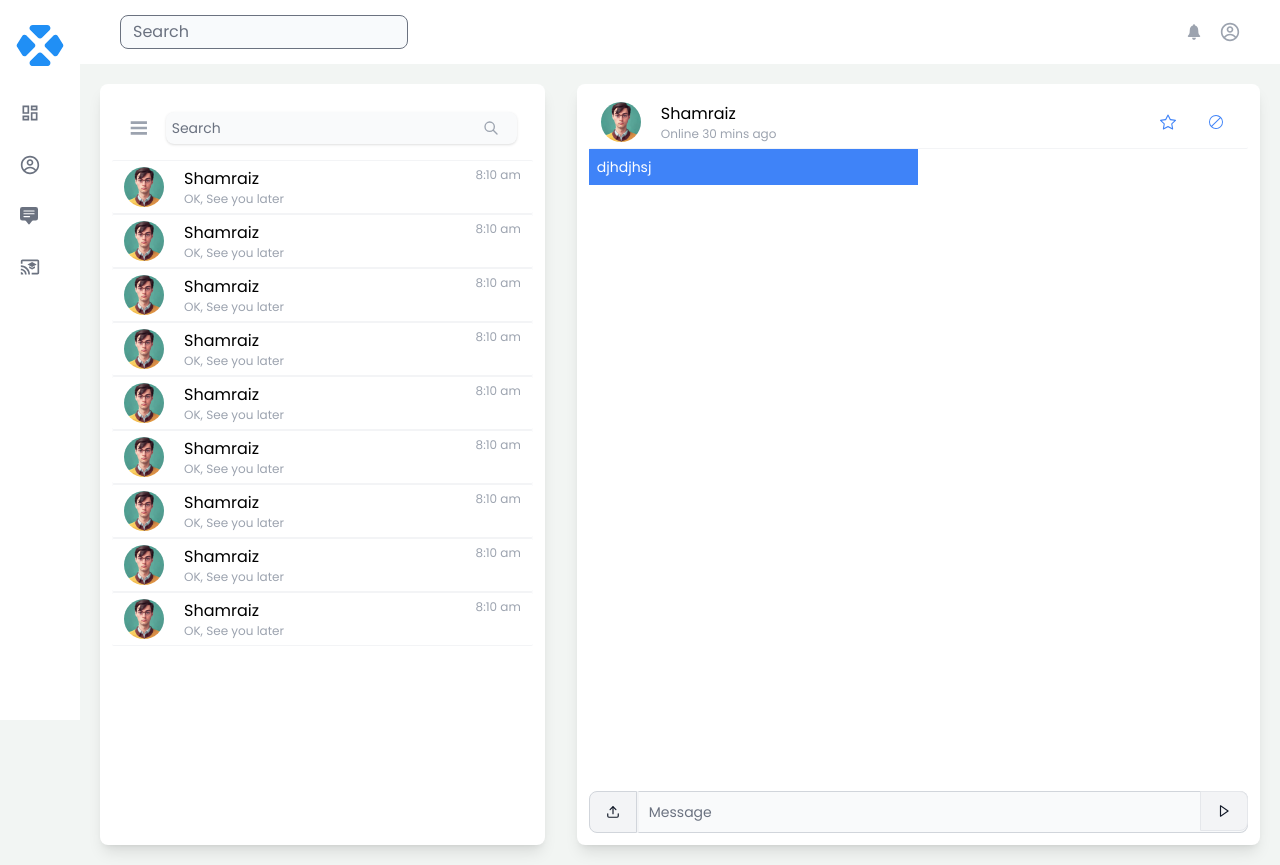
Repository: Shamraiz761/Frontend-Assessment
Page: /chat
These files come from the project's save history. The page is drawn as it stood at one moment and after the next save; the edit follows.
The browser window is 1280 px wide. The pictures show the whole page.
The project was rebuilt for these pictures with package versions that can differ from the ones it lists, and the page was loaded fresh each time. Also part of the build but not shown: vite.config.js, src/routes/root.jsx, src/pages/orders/index.jsx, src/pages/submission/index.jsx, src/pages/admin/index.css, src/components/admin/card.jsx, src/components/admin/addCard.jsx, src/pages/admin/index.jsx and 3 more. Imported but missing from the stored project, and not drawn on this page: src/pages/auth/login, src/pages/tasks, src/routes/profileLayout.

Above is the page before, as saved 2023-06-16 11:50:10.

### src/main.jsx
import ReactDOM from 'react-dom/client'

import React from 'react'

import App from './App.jsx'
import './index.css'

ReactDOM.createRoot(document.getElementById('root')).render(
  <React.StrictMode>
    <App />
  </React.StrictMode>,
)

### src/App.jsx
import React from 'react'
import { DndProvider } from 'react-dnd'
import { HTML5Backend } from 'react-dnd-html5-backend'
import 'flowbite'

import AppRoutes from './routes'

export default function App() {
  return (
    <DndProvider backend={HTML5Backend}>
      <AppRoutes />
    </DndProvider>
  )
}

### src/index.css
@import url("https://fonts.googleapis.com/css2?family=Poppins:wght@400;500;600;700;800;900&display=swap");

@tailwind base;
@tailwind components;
@tailwind utilities;

* {
  margin: 0;
  padding: 0;
}

body {
  margin: 0;
  font-family: "Poppins", -apple-system, BlinkMacSystemFont, "Segoe UI",
    "Roboto", "Oxygen", "Ubuntu", "Cantarell", "Fira Sans", "Droid Sans",
    "Helvetica Neue", sans-serif;
  -webkit-font-smoothing: antialiased;
  -moz-osx-font-smoothing: grayscale;
  width: 100vw;
  overflow-x: hidden;
  background-color: #f2f5f3;
  /* background: linear-gradient(180deg, #faefe8 0%, #edc7ac 100%); */
}

code {
  font-family: source-code-pro, Menlo, Monaco, Consolas, "Courier New",
    monospace;
}

.pointer-cursor {
  cursor: pointer;
}

.cusBorder {
  border: 1px solid #000;
  border-radius: 5px;
}

img {
  cursor: pointer;
}
.errors {
  color: #dc3545;
  padding: 0;
  margin: 0;
  font-size: 12px;
}
.loader {
  position: fixed;
  top: 0;
  bottom: 0;
  left: 0;
  right: 0;
  background-color: rgba(47, 151, 161, 0.32);

  display: flex;
  justify-content: center;
  align-items: center;
}

.link {
  color: #000;
  cursor: pointer;
  text-decoration: none;
}
.link:hover {
  color: #000;
}

.trans-btn {
  background-color: transparent;
  border: none;
}
.profile-logout-btn {
  border: 0;
}
.profile-logout-btn:hover {
  border: 0;
}
.profile-btn {
  border-radius: 0;
  border: 0;
}
.logout-btn {
  border-radius: 0;
  border: 0;
}
.logout-btn:hover {
  background-color: rgba(220, 53, 69, 0.5);
  border: 0;
  color: #fff;
}
.breadcrumbs ul {
  list-style: none;
  display: inline-block;
}

.breadcrumbs ul li {
  display: inline;
}

.breadcrumbs ul li .bc-link {
  /* display: block; */
  width: max-content;
  background-color: #f8f9fa;
  padding: 6px 15px 6px 25px;
  text-align: center;
  position: relative;
  margin: 0 10px 0 0;
  font-size: 15px;
  text-decoration: none;
  color: #000;
}
.breadcrumbs ul li .bc-link::after {
  content: "";
  border-top: 17px solid transparent;
  border-bottom: 17px solid transparent;
  border-left: 17px solid #f8f9fa;
  position: absolute;
  top: 0;
  right: -17px;
  z-index: 1;
}
.breadcrumbs ul li .bc-link::before {
  content: "";
  border-top: 17px solid transparent;
  border-bottom: 17px solid transparent;
  border-left: 17px solid #71cdd5;
  position: absolute;
  top: 0;
  left: 0;
}
.breadcrumbs ul li:first-child .bc-link {
  border-top-left-radius: 5px;
  border-bottom-left-radius: 5px;
}
.breadcrumbs ul li:first-child .bc-link::before {
  display: none;
}

.breadcrumbs ul li:last-child .bc-link {
  padding-right: 20px;
  border-top-right-radius: 5px;
  border-bottom-right-radius: 5px;
}
.breadcrumbs ul li:last-child .bc-link::after {
  display: none;
}

@media screen and (max-width: 500px) {
  .breadcrumbs ul li .bc-link {
    /* display: block; */
    padding: 2px 2px 2px 13px;
    /* margin: 0 10px 0 0; */
    font-size: 14px;
  }

  .breadcrumbs ul li .bc-link::after {
    content: "";
    border-top: 11.6px solid transparent;
    border-bottom: 11.6px solid transparent;
    border-left: 11.6px solid #f8f9fa;
    position: absolute;
    top: 0;
    right: -11.6px;
    z-index: 1;
  }
  .breadcrumbs ul li .bc-link::before {
    content: "";
    border-top: 11.6px solid transparent;
    border-bottom: 11.6px solid transparent;
    border-left: 11.6px solid #71cdd5;
    position: absolute;
    top: 0;
    left: 0;
  }
  .breadcrumbs ul li:last-child .bc-link {
    padding-right: 5px;
  }
}

@media screen and (max-width: 350px) {
  .breadcrumbs ul li .bc-link {
    /* display: block; */
    padding: 2px 2px 2px 12px;
    /* margin: 0 10px 0 0; */
    font-size: 10px;
  }

  .breadcrumbs ul li .bc-link::after {
    content: "";
    border-top: 9px solid transparent;
    border-bottom: 9px solid transparent;
    border-left: 9px solid #f8f9fa;
    position: absolute;
    top: 0;
    right: -9px;
    z-index: 1;
  }
  .breadcrumbs ul li .bc-link::before {
    content: "";
    border-top: 9px solid transparent;
    border-bottom: 9px solid transparent;
    border-left: 9px solid #edc7ac;
    position: absolute;
    top: 0;
    left: 0;
  }
  .breadcrumbs ul li:last-child .bc-link {
    padding-right: 5px;
  }
}

/* ********************************************** */

### src/routes/index.jsx
import {
  createBrowserRouter,
  createRoutesFromElements,
  RouterProvider,
  Route,
} from "react-router-dom";

import * as React from "react";

import Layout from "./layout";
import Root from "./root";

import Login from "../pages/auth/login";
import Chat from "../pages/chat";
import UserChat from "../components/chat/userChat";
import ProfileLayout from "./profileLayout";
import Tasks from "../pages/tasks";
import Orders from "../pages/orders";
import Submission from "../pages/submission";
import Admin from "../pages/admin";
import MarketPlace from "../pages/marketplace";
import View from "../pages/view";

export default function AppRoutes() {
  const router = createBrowserRouter(
    createRoutesFromElements(
      <Route>
        <Route path="/login" element={<Login />} />

        <Route element={<Layout />}>
          <Route path="/chat" element={<Chat />}>
            <Route path="userchat" element={<UserChat />} />
          </Route>
          <Route path="/marketplace" element={<MarketPlace />} />
          <Route path="/view" element={<View />} />

          <Route path={"/"} element={<ProfileLayout />}>
            {/* Add Task order payment submit route here */}
            <Route path="/admin" element={<Admin />} />
            <Route path="/" element={<Tasks />} />
            <Route path="/orders" element={<Orders />} />
            <Route path="/tasks" element={<Tasks />} />
            <Route path="/submission" element={<Submission />} />
          </Route>
        </Route>
      </Route>
    )
  );

  return <RouterProvider router={router} />;
}

### src/routes/layout.jsx
import { Link, Outlet, useNavigate } from "react-router-dom";
import { Gi3DGlasses } from "react-icons/gi";
import { CgProfile } from "react-icons/cg";
import { BsArrowLeft, BsFillChatSquareTextFill } from "react-icons/bs";
import { MdOutlineDashboard, MdOutlineCastForEducation } from "react-icons/md";
import "./index.css";

import React, { useState } from "react";
import Header from "../components/header/index";

export default function Layout() {
  const [open, setOpen] = useState(false);
  const [type, setType] = useState(false);
  const navigate = useNavigate();
  return (
    <div>
      <div
        className={`h-screen bg-white p-3 ${
          open ? "w-56" : "w-20"
        } fixed top-0 sidebar z-50`}
      >
        <div className="flex flex-row justify-center">
          <svg
            width="67"
            height="67"
            viewBox="0 0 67 67"
            fill="none"
            xmlns="http://www.w3.org/2000/svg"
            className={` text-4xl block float-left cursor-pointer rounded transition duration-500 ${
              !open && "rotate-[360deg]"
            }`}
            onClick={() => {
              setOpen(!open);
              setType(false);
            }}
          >
            <path
              d="M22.138 15.2984L30.8759 24.0363C32.3276 25.488 34.7005 25.488 36.1522 24.0363L44.8901 15.2984C47.2351 12.9534 45.588 8.90552 42.238 8.90552H24.7622C21.4401 8.90552 19.7651 12.9534 22.138 15.2984Z"
              fill="#208FF5"
            />
            <path
              d="M22.138 51.7017L30.8759 42.9637C32.3276 41.5121 34.7005 41.5121 36.1522 42.9637L44.8901 51.7017C47.2351 54.0467 45.588 58.0946 42.238 58.0946H24.7622C21.4401 58.0946 19.7651 54.0467 22.138 51.7017Z"
              fill="#208FF5"
            />
            <path
              d="M6.03002 31.9088L12.423 21.8588C13.428 20.2676 15.6614 20.0163 17.0014 21.3563L27.0514 31.4063C28.1959 32.5509 28.1959 34.4213 27.0514 35.5659L17.0014 45.6159C15.6614 46.9559 13.456 46.7047 12.423 45.1134L6.03002 35.0634C5.44377 34.1142 5.44377 32.8859 6.03002 31.9088Z"
              fill="#208FF5"
            />
            <path
              d="M60.9701 31.9088L54.5771 21.8588C53.5721 20.2676 51.3387 20.0163 49.9987 21.3563L39.9488 31.4063C38.8042 32.5509 38.8042 34.4213 39.9488 35.5659L49.9987 45.6159C51.3387 46.9559 53.5442 46.7047 54.5771 45.1134L60.9701 35.0634C61.5563 34.1142 61.5563 32.8859 60.9701 31.9088Z"
              fill="#208FF5"
            />
          </svg>
        </div>

        {/* Search */}

        <ul className="pt-2">
          {/* Dashboard */}
          <Link
            to="/marketplace"
            className={` rounded-md text-gray-500  text-xs flex items-center gap-x-4 cursor-pointer hover:bg-gray-50 hover:text-blue-500 py-4 p-2`}
          >
            <span className="text-xl block float-left">
              <MdOutlineDashboard />
            </span>
            <span
              className={` text-sm font-md flex-1 hidden-link ${
                !open && "hidden"
              }`}
            >
              Marketplace
            </span>
          </Link>

          <Link
            className={` rounded-md text-gray-500  text-xs flex items-center gap-x-4 cursor-pointer hover:bg-gray-50 hover:text-blue-500 py-4 p-2`}
            to="/"
          >
            <span className="text-xl block float-left">
              <CgProfile />
            </span>
            <span
              className={` text-xs font-md flex-1 hidden-link ${
                !open && "hidden"
              }`}
            >
              Profile
            </span>
          </Link>

          {/* Lens */}
          <Link
            className={` rounded-md text-gray-500  text-xs flex items-center gap-x-4 cursor-pointer hover:bg-gray-50 hover:text-blue-500 py-4 p-2`}
            to="/chat"
          >
            <span className="text-lg block float-left">
              <BsFillChatSquareTextFill />
            </span>
            <span
              className={` text-xs font-md flex-1  hidden-link ${
                !open && "hidden"
              }`}
            >
              Chat
            </span>
          </Link>

          {/* Orders */}
          <Link
            className={` rounded-md text-gray-500  text-xs flex items-center gap-x-4 cursor-pointer hover:bg-gray-50 hover:text-blue-500 py-4 p-2`}
            to="/education"
          >
            <span className="text-xl block float-left">
              <MdOutlineCastForEducation />
            </span>
            <span
              className={` text-xs font-md flex-1  hidden-link ${
                !open && "hidden"
              }`}
            >
              Education
            </span>
          </Link>
        </ul>
      </div>
      <div className={`${open ? "ml-56" : "ml-20"}`}>
        <Header />
        <Outlet />
      </div>
    </div>
  );
}

### src/pages/chat/index.jsx
import { VscThreeBars } from "react-icons/vsc";

import React from "react";

import UserChat from "../../components/chat/userChat";
import ChatsCard from "../../components/chat/chatsCard";

function Chat() {
  return (
    <div className="m-5 grid grid-cols-1 md:grid-cols-5  gap-8 flex-wrap">
      <div className="col-span-1 md:col-span-2 p-3 bg-white rounded-lg shadow-lg min-h-screen">
        <form className="m-4">
          <div className="flex items-center">
            <VscThreeBars className=" mr-4   rounded-lg text-gray-400 cursor-pointer text-2xl" />
            <div className="relative w-full  ">
              <input
                type="search"
                id='location-search"'
                className=" p-1.5 w-full focus:ring-gray-300  z-20 text-sm text-gray-200 bg-gray-50 shadow rounded-lg"
                placeholder="Search"
                required
                style={{ border: "none", outline: "none" }}
              />

              <button
                type="submit"
                className="absolute top-0 right-0 p-1.5 text-sm font-medium text-gray-400  rounded-r-lg   "
              >
                <svg
                  aria-hidden="true"
                  className="w-4 h-4 mr-3 mt-0.5"
                  fill="none"
                  stroke="currentColor"
                  viewBox="0 0 24 24"
                  xmlns="http://www.w3.org/2000/svg"
                >
                  <path
                    strokeLinecap="round"
                    strokeLinejoin="round"
                    strokeWidth={2}
                    d="M21 21l-6-6m2-5a7 7 0 11-14 0 7 7 0 0114 0z"
                  />
                </svg>
                <span className="sr-only">Search</span>
              </button>
            </div>
          </div>
        </form>
        <ChatsCard />
        <ChatsCard />
        <ChatsCard />
        <ChatsCard />
        <ChatsCard />
        <ChatsCard />
        <ChatsCard />
        <ChatsCard />
        <ChatsCard />
      </div>

      <UserChat />
    </div>
  );
}

export default Chat;

### src/components/chat/userChat.jsx
import { VscCircleSlash } from "react-icons/vsc";
import { BsStar } from "react-icons/bs";
import { FiUpload } from "react-icons/fi";
import { BiRightArrow } from "react-icons/bi";

import React from "react";

import Profile from "../../assets/images/profilePic.jpg";

function UserChat() {
  return (
    <div className="col-span-1 md:col-span-3 p-3  bg-white rounded-lg shadow-lg overflow-y">
      {" "}
      <div className="flex flex-row  px-3 py-1.5  border-b border-gray-100 rounded-sm ">
        <img src={Profile} className="h-10 w-10 rounded-full" />
        <div className="ml-5 flex flex-row justify-between w-full ">
          <div>
            {" "}
            <h1>Shamraiz</h1>{" "}
            <p className="text-xs font-thin text-gray-400">
              Online 30 mins ago
            </p>
          </div>
          <div className="flex flex-row items-center">
            <BsStar className="text-blue-500 mr-8" />
            <VscCircleSlash className="text-blue-500 mr-3" />
          </div>
        </div>
      </div>
      <div className="chats ">
        <p className="text-sm bg-blue-500 p-2 text-white flex flex-col  justify-end w-1/2">
          djhdjhsj
        </p>
      </div>
      <div className="flex flex-col  justify-end " style={{ height: "90vh" }}>
        <form className="w-full ">
          <div className="flex">
            <button
              id="dropdown-button"
              data-dropdown-toggle="dropdown"
              className="flex-shrink-0 z-10 inline-flex items-center py-2.5 px-4 text-sm font-medium text-center text-gray-900 bg-gray-100 border border-gray-300 dark:border-gray-700 dark:text-white rounded-l-lg hover:bg-gray-200  focus:outline-none "
              type="button"
            >
              <FiUpload />
            </button>
            <div
              id="dropdown"
              className="z-10 hidden bg-white divide-y divide-gray-100 rounded-lg shadow w-44 dark:bg-gray-700"
            >
              <ul
                className="py-2 text-sm text-gray-700 dark:text-gray-200"
                aria-labelledby="dropdown-button"
              >
                <li>
                  <a
                    href="#"
                    className="block px-4 py-2 hover:bg-gray-100 dark:hover:bg-gray-600 dark:hover:text-white"
                  >
                    Photo
                  </a>
                </li>
                <li>
                  <a
                    href="#"
                    className="block px-4 py-2 hover:bg-gray-100 dark:hover:bg-gray-600 dark:hover:text-white"
                  >
                    Vedio
                  </a>
                </li>
                <li>
                  <a
                    href="#"
                    className="block px-4 py-2 hover:bg-gray-100 dark:hover:bg-gray-600 dark:hover:text-white"
                  >
                    Document
                  </a>
                </li>
                <li>
                  <a
                    href="#"
                    className="block px-4 py-2 hover:bg-gray-100 dark:hover:bg-gray-600 dark:hover:text-white"
                  >
                    Finance
                  </a>
                </li>
              </ul>
            </div>
            <div className="relative w-full">
              <input
                type="search"
                id="search-dropdown"
                className="block p-2.5 w-full z-20 text-sm text-gray-900 bg-gray-50 rounded-r-lg border-l-gray-100 border-l-2 border border-gray-300 focus:ring-blue-500 focus:border-blue-500 dark:bg-gray-700 dark:border-gray-600 dark:placeholder-gray-400 dark:text-white dark:focus:border-blue-500"
                placeholder="Message"
              />
              <button
                type="submit"
                className="absolute top-0 right-0 z-10 py-3 px-4 text-sm font-medium text-gray-900 bg-gray-100 rounded-r-lg border "
              >
                <BiRightArrow />
              </button>
            </div>
          </div>
        </form>
      </div>
    </div>
  );
}

export default UserChat;

### src/routes/index.css
.sidebar {
    transition: all 0.2s ease-in;
}
.hidden-link {
    transition: all 1s ease-in;
}

### src/components/header/index.jsx
import { IoIosNotifications } from "react-icons/io";

import React from "react";
import { CgProfile } from "react-icons/cg";

function Header() {
  return (
    <div>
      {/* component */}
      <nav className=" bg-white w-full flex relative justify-between items-center mx-auto px-8 py-4 h-16">
        {/* search bar */}
        <div className="hidden sm:block flex-shrink flex-grow-0 justify-start px-2">
          <div className="inline-block">
            <div className="inline-flex items-center max-w-full">
              <input
                className="flex items-center text-gray-400 bg-slate-50 justify-between  flex-grow-0  relative w-72 border rounded-lg  py-1"
                type="search"
                placeholder="Search"
              />

              <div className="flex items-center justify-center relative  h-8 w-24 rounded-full"></div>
            </div>
          </div>
        </div>

        <div className="flex-initial">
          <div className="flex justify-end items-center relative">
            <div className="block">
              <div className="inline relative sm:flex sm:flex-row sm:justify-center">
                <button
                  type="button"
                  className="inline-flex items-center relative px-2  rounded-full hover:shadow-lg"
                >
                  <IoIosNotifications className="text-gray-400 text-xl" />
                </button>
                <button
                  type="button"
                  className="inline-flex items-center relative px-2  rounded-full hover:shadow-lg"
                >
                  <CgProfile className="text-gray-400 text-xl" />
                </button>
              </div>
            </div>
          </div>
        </div>
        {/* end login */}
      </nav>
    </div>
  );
}

export default Header;

### src/components/chat/chatsCard.jsx
import React from "react";

import Profile from "../../assets/images/profilePic.jpg";

function ChatsCard() {
  return (
    <div className="flex flex-row px-3 py-1.5  border-y border-gray-100 rounded-sm hover:bg-blue-200">
      <img src={Profile} className="h-10 w-10 rounded-full" />
      <div className="ml-5 flex flex-row justify-between w-full ">
        <div>
          {" "}
          <h1>Shamraiz</h1>{" "}
          <p className="text-xs font-thin text-gray-400">OK, See you later</p>
        </div>
        <p className="text-xs font-thin text-gray-400">8:10 am</p>
      </div>
    </div>
  );
}

export default ChatsCard;

### tailwind.config.cjs
const colors = require('tailwindcss/colors');
const defaultTheme = require('tailwindcss/defaultTheme');

module.exports = {
  content: ['./src/**/*.{js,jsx,ts,tsx}', "node_modules/flowbite/**/*.js"],
  theme: {
    extend: {
      colors: {
        // set primary color from figma
        // primary: {
        // },
      },
      fontFamily: {
        poppins: ['Poppins', ...defaultTheme.fontFamily.sans],
      },
      fontSize: {
        xxs: '0.5rem',
      },
    },
  },
  plugins: [
    require('flowbite/plugin')
  ],

};

Loaded but not shown: index.html (common file)

After the next save:
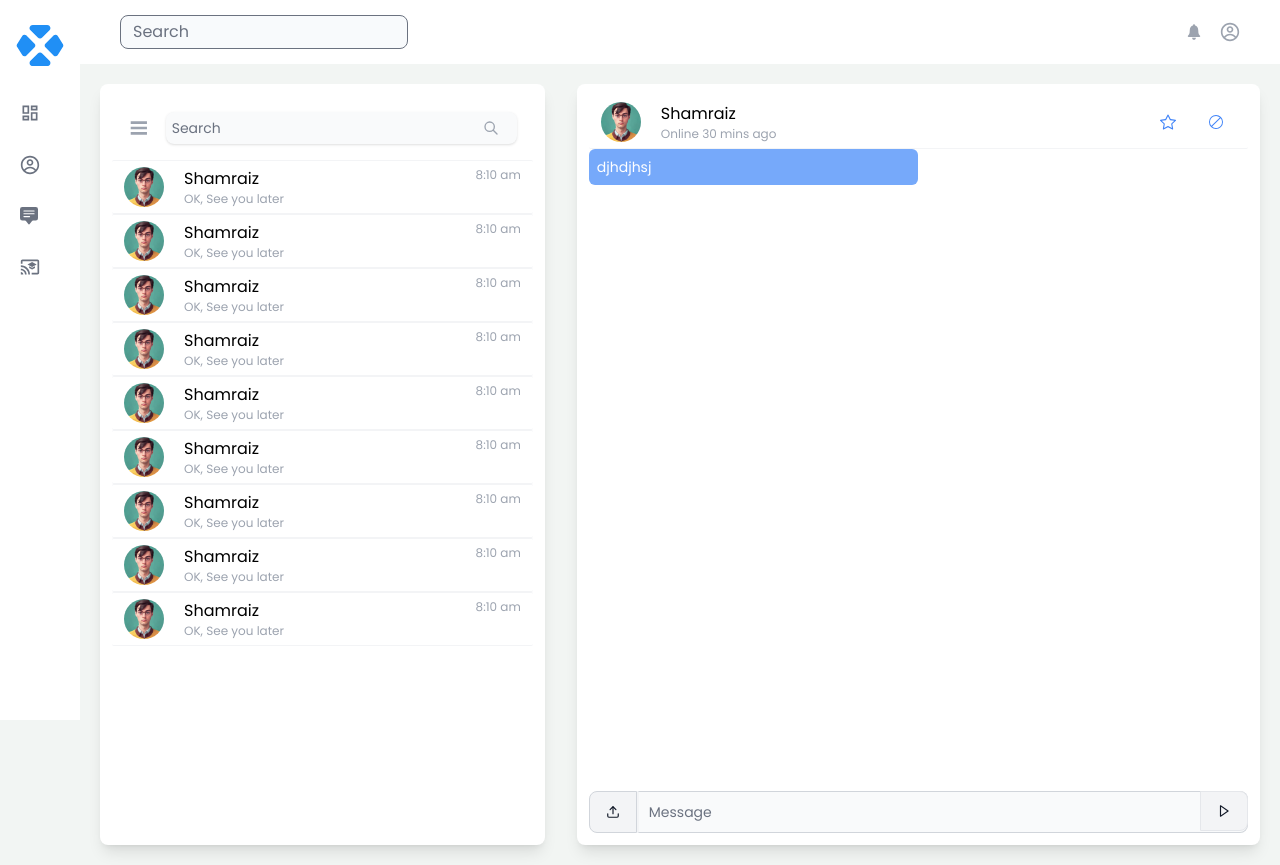
Saved 12 s later.
--- a/src/components/chat/userChat.jsx
+++ b/src/components/chat/userChat.jsx
@@ -28,7 +28,7 @@ function UserChat() {
         </div>
       </div>
       <div className="chats ">
-        <p className="text-sm bg-blue-500 p-2 text-white flex flex-col  justify-end w-1/2">
+        <p className="text-sm bg-blue-400 rounded-md p-2 text-white flex flex-col  justify-end w-1/2">
           djhdjhsj
         </p>
       </div>
